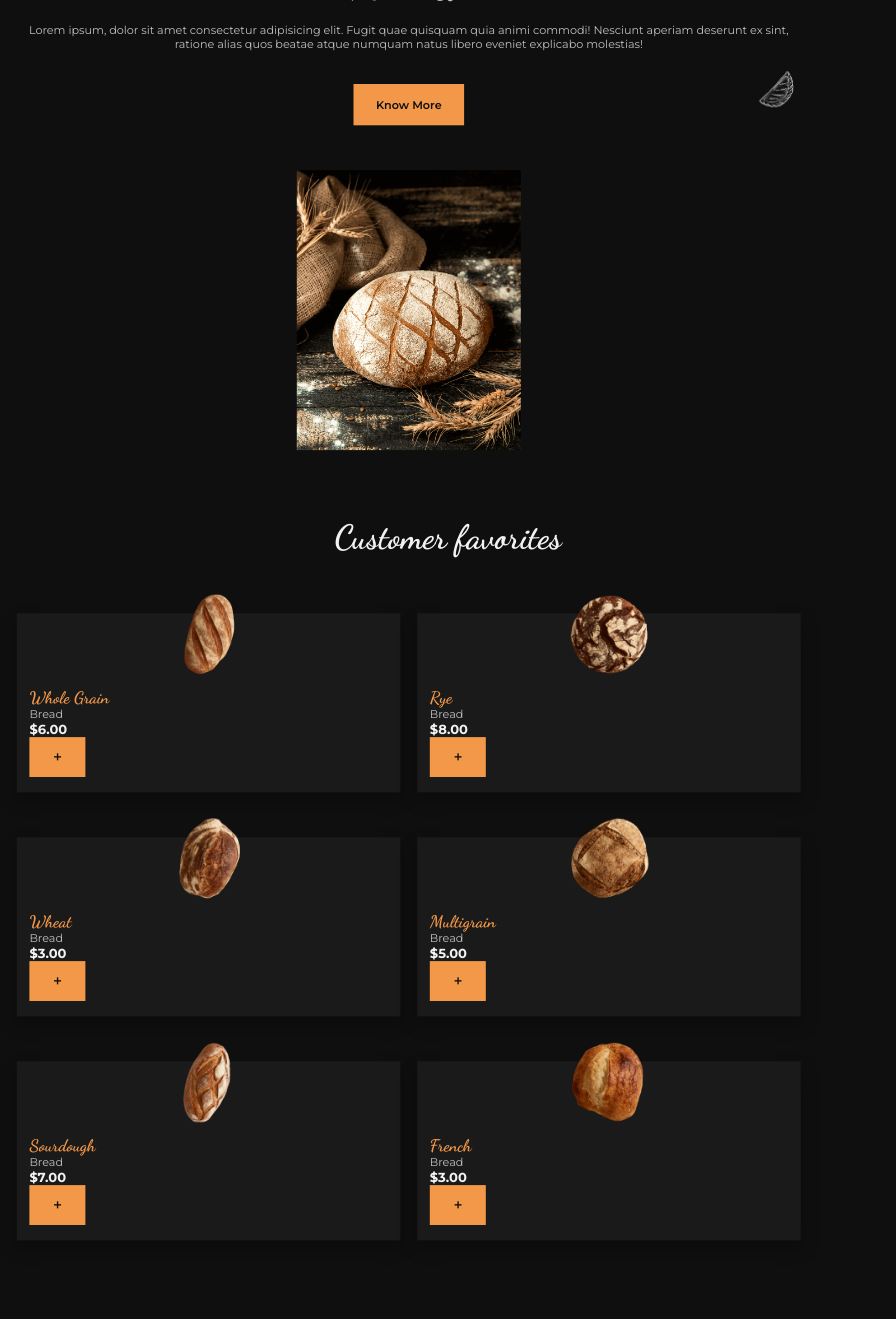
Repository: dinhhaidh/Bakery-web
Page: index.html
These files come from the project's save history. The page is drawn as it stood at one moment and after the next save; the edit follows.
The browser window is 1280 px wide. The pictures show the part of the page from y = 1960 to 3880 px (the page is 3844 px tall before and 3880 px after), at 70% of full size.
Some web libraries are served in a nearby version.

Above is the page before, as saved 2024-01-16 15:19:28.

### index.html
<!DOCTYPE html>
<html lang="en">
  <head>
    <meta charset="UTF-8" />
    <meta name="viewport" content="width=device-width, initial-scale=1.0" />

    <!--=============== FAVICON ===============-->
    <link rel="shortcut icon" href="assets/img/favicon.png" type="image/x-icon"/>
    <!--=============== REMIXICONS ===============-->
    <link rel="stylesheet"  href="https://cdnjs.cloudflare.com/ajax/libs/remixicon/3.7.0/remixicon.css"/>
    <!--=============== CSS ===============-->
    <link rel="stylesheet" href="./css/style.css"/>

    <title>Responsive bakery website - Bedimcode</title>
  </head>
  <body>
    <!--==================== HEADER ====================-->
    <header class="header" id="header">
        <nav class="nav container">
            <a href="#" class="nav__logo">Bakery</a>
            <div class="nav__menu" id="nav-menu">
                <ul class="nav__list">
                    <li class="nav__item">
                        <a href="#home" class="nav__link">Home</a>
                    </li>
                    <li class="nav__item">
                        <a href="#new" class="nav__link">News</a>
                    </li>
                    <li class="nav__item">
                        <a href="#about" class="nav__link">About Us</a>
                    </li>
                    <li class="nav__item">
                        <a href="#favorite" class="nav__link">Favorites</a>
                    </li>
                    <li class="nav__item">
                        <a href="#visit" class="nav__link">Location</a>
                    </li>
                </ul>
                <div class="nav__close" id="nav-close">
                    <i class="ri-close-line"></i>
                </div>

                <img src="./img/bread-4.png" alt="image" class="nav__img-1">
                <img src="./img/bread-1.png" alt="image" class="nav__img-2">
            </div>

            <!-- toggle button -->
            <div class="nav__toggle" id="nav-toggle">
                <i class="ri-menu-line"></i>
            </div>
        </nav>
    </header>

    <!--==================== MAIN ====================-->
    <main class="main">
      <!--==================== HOME ====================-->
      <section class="home section" id="home">
        <img src="./img/home-bg.jpg" alt="image" class="home__bg">
        <div class="home__shadow"></div>
        <div class="home__container container grid">
            <div class="home__data">
                <h1 class="home__title">
                    Select The Best.<br> Quality Breads
                </h1>
                <a href="#" class="button">Select breads</a>

                <img src="./img/bread-1.png" alt="image" class="home__bread">
            </div>
            <div class="home__image">
                <img src="./img/home-bread.png" alt="image" class="home__img">
            </div>
            <footer class="home__footer">
                <div class="home__location">
                    <i class="ri-map-pin-line"></i>
                    <span>Av. The Sun #321 <br> Lima Peru</span>
                </div>
                <div class="home__social">
                    <a href="https://www.facebook.com/" target="_blank">

                        <i class="ri-facebook-circle-line"></i>
                    </a>
                    <a href="https://www.instagram.com/
                    " target="_blank">
                        <i class="ri-instagram-line"></i>
                    </a>
                    <a href="https://www.youtube.com/" target="_blank">
                        <i class="ri-youtube-line"></i>
                    </a>
                </div>
            </footer>
        </div>
      </section>

      <!--==================== NEWS ====================-->
      <section class="new section" id="new">
        <h2 class="section__title">New breads</h2>

        <div class="new__container container grid">
            <div class="new__content grid">
                <article class="new__card">
                    <div class="new__data">
                        <h2 class="new__title">Rye Bread</h2>
                        <p class="new__description">
                            Baked width healthy, gluten-free
                            sourdough for good nutrition.
                        </p>
                    </div>
                    <img src="./img/new-bread-1.png" alt="image" class="new__img">
                </article>
                <article class="new__card">
                    <div class="new__data">
                        <h2 class="new__title">Whole grain bread</h2>
                        <p class="new__description">
                            Crispy and homemade prepared
                            form organic yeast-free flour
                        </p>
                    </div>
                    <img src="./img/new-bread-2.png"  alt="image" class="new__img">
                </article>
                <article class="new__card">
                    <div class="new__data">
                        <h2 class="new__title">Multigrain Bread</h2>
                        <p class="new__description">
                            Tasty and made with different
                            natural grains form the countryside
                        </p>
                    </div>
                    <img src="./img/new-bread-3.png"  alt="image" class="new__img">
                </article>
            </div>
            <a href="#" class="new__button button">See More Breads</a>
        </div>
      </section>

      <!--==================== ABOUT ====================-->
      <section class="about section" id="about">
        <div class="about__container container grid">
            <div class="about__data">
                <div class="section__title">About Us</div>

                <p class="about__description">
                    Lorem ipsum, dolor sit amet consectetur adipisicing elit. Fugit quae quisquam quia animi commodi! Nesciunt aperiam deserunt ex sint, ratione alias quos beatae atque numquam natus libero eveniet explicabo molestias!
                </p>
                <a href="#" class="button">Know More</a>
                <img src="./img/bread-2.png" alt="image" class="about__bread">
            </div>
            <img src="./img/about-bread.png" alt="" class="about__img">
        </div>
      </section>

      <!--==================== FAVORITES ====================-->
      <section class="favorite section" id="favorite">
        <h2 class="section__title">Customer favorites</h2>
        <div class="favorite__container container grid">
            <article class="article__card">
                <img src="./img/favorite-bread-1.png" alt="image" class="favorite__img">
                <div class="favorite__data">
                    <h2 class="favorite__title">Whole Grain</h2>
                    <span class="favorite__subtitle">Bread</span>
                    <h3 class="favorite__price">$6.00</h3>
                </div>
                <button class="favorite__button button">
                    <i class="ri-add-line"></i>
                </button>
            </article>
            <article class="article__card">
                <img src="./img/favorite-bread-2.png" alt="image" class="favorite__img">
                <div class="favorite__data">
                    <h2 class="favorite__title">Rye</h2>
                    <span class="favorite__subtitle">Bread</span>
                    <h3 class="favorite__price">$8.00</h3>
                </div>
                <button class="favorite__button button">
                    <i class="ri-add-line"></i>
                </button>
            </article>
            <article class="article__card">
                <img src="./img/favorite-bread-3.png" alt="image" class="favorite__img">
                <div class="favorite__data">
                    <h2 class="favorite__title">Wheat</h2>
                    <span class="favorite__subtitle">Bread</span>
                    <h3 class="favorite__price">$3.00</h3>
                </div>
                <button class="favorite__button button">
                    <i class="ri-add-line"></i>
                </button>
            </article>
            <article class="article__card">
                <img src="./img/favorite-bread-4.png" alt="image" class="favorite__img">
                <div class="favorite__data">
                    <h2 class="favorite__title">Multigrain</h2>
                    <span class="favorite__subtitle">Bread</span>
                    <h3 class="favorite__price">$5.00</h3>
                </div>
                <button class="favorite__button button">
                    <i class="ri-add-line"></i>
                </button>
            </article>
            <article class="article__card">
                <img src="./img/favorite-bread-5.png" alt="image" class="favorite__img">
                <div class="favorite__data">
                    <h2 class="favorite__title">Sourdough</h2>
                    <span class="favorite__subtitle">Bread</span>
                    <h3 class="favorite__price">$7.00</h3>
                </div>
                <button class="favorite__button button">
                    <i class="ri-add-line"></i>
                </button>
            </article>
            <article class="article__card">
                <img src="./img/favorite-bread-6.png" alt="image" class="favorite__img">
                <div class="favorite__data">
                    <h2 class="favorite__title">French</h2>
                    <span class="favorite__subtitle">Bread</span>
                    <h3 class="favorite__price">$3.00</h3>
                </div>
                <button class="favorite__button button">
                    <i class="ri-add-line"></i>
                </button>
            </article>
        </div>
      </section>

      <!--==================== VISIT ====================-->
      <section class="visit section" id="visit"></section>
    </main>

    <!--==================== FOOTER ====================-->
    <footer class="footer"></footer>

    <!--========== SCROLL UP ==========-->

    <!--=============== SCROLLREVEAL ===============-->
    <script src="./js/scrollreveal.min.js"></script>
    <script src="https://code.jquery.com/jquery-3.7.1.min.js"></script>

    <!--=============== MAIN JS ===============-->
    <script src="./js/main.js"></script>
  </body>
</html>

### css/style.css
/*=============== GOOGLE FONTS ===============*/
@import url("https://fonts.googleapis.com/css2?family=Dancing+Script:wght@700&family=Montserrat:wght@400;600;700&display=swap");

/*=============== VARIABLES CSS ===============*/
:root {
    --header-height: 3.5rem;

    /*========== Colors ==========*/
    /*Color mode HSL(hue, saturation, lightness)*/
    --first-color: hsl(28, 88%, 62%);
    --first-color-alt: hsl(28, 84%, 58%);
    --title-color: hsl(0, 0%, 95%);
    --text-color: hsl(0, 0%, 75%);
    --text-color-light: hsl(0, 0%, 65%);
    --black-color: hsl(0, 0%, 6%);
    --body-color: hsl(0, 0%, 6%);
    --container-color: hsl(0, 0%, 10%);

    /*========== Font and typography ==========*/
    /*.5rem = 8px | 1rem = 16px ...*/
    --body-font: "Montserrat", sans-serif;
    --second-font: "Dancing Script", cursive;
    --biggest-font-size: 3rem;
    --bigger-font-size: 2rem;
    --h1-font-size: 1.5rem;
    --h2-font-size: 1.25rem;
    --h3-font-size: 1rem;
    --normal-font-size: .938rem;
    --small-font-size: .813rem;

    /*========== Font weight ==========*/
    --font-regular: 400;
    --font-semi-bold: 600;
    --font-bold: 700;

    /*========== z index ==========*/
    --z-tooltip: 10;
    --z-fixed: 100;
}

/*========== Responsive typography ==========*/
@media screen and (min-width: 1150px) {
    :root {
        --biggest-font-size: 5rem;
        --bigger-font-size: 3rem;
        --h1-font-size: 2.25rem;
        --h2-font-size: 1.5rem;
        --h3-font-size: 1.25rem;
        --normal-font-size: 1rem;
        --small-font-size: .875rem;
    }
}

/*=============== BASE ===============*/
* {
    box-sizing: border-box;
    padding: 0;
    margin: 0;
}

html {
    scroll-behavior: smooth;
}

body,
button {
    font-family: var(--body-font);
    font-size: var(--normal-font-size);
}

body {
    background-color: var(--body-color);
    color: var(--text-color);
}

button {
    border: none;
    outline: none;
}

h1,
h2,
h3,
h4 {
    color: var(--title-color);
    font-weight: var(--font-bold);
}

ul {
    list-style: none;
}

a {
    text-decoration: none;
}

img {
    display: block;
    max-width: 100%;
    height: auto;
}

/*=============== REUSABLE CSS CLASSES ===============*/
.container {
    max-width: 1120px;
    margin-inline: 1.5rem;
}

.grid {
    display: grid;
    gap: 1.5rem;
}

.section {
    padding-block: 5rem 1rem;
}

.section__title {
    font-size: var(--bigger-font-size);
    font-family: var(--second-font);
    margin-bottom: 1.5rem;
    text-align: center;
}

.main {
    overflow: hidden;
    /* For animation ScrollReveal */
}

/*=============== HEADER & NAV ===============*/
.header{
    position: fixed;
    width: 100%;
    top: 0;
    left: 0;
    background-color: transparent;
    z-index: var(--z-fixed);
}
.nav{
    position: relative;
    height: var(--header-height);
    display: flex;
    justify-content: space-between;
    align-items: center;
}
.nav__logo{
    color: var(--first-color);
    font-size: var(--h2-font-size);
    font-family: var(--second-font);
    transition: color .4s;
}
.nav__logo:hover{
    color: var(--first-color-alt);
}
.nav__close,
.nav__toggle{
    font-size: 1.5rem;
    color: var(--title-color);
    cursor: pointer;
}

/* Navigation for mobile devices */
/* responsive */
@media screen and (max-width: 1150px) {
    .nav__menu{
        position: fixed;
        top: 0;
        right: -100%;
        background-color: hsla(0,0%,6%, .2);
        backdrop-filter: blur(16px);
        -webkit-backdrop-filter: blur(16px);
        width: 80%;
        height: 100%;
        padding: 6rem 3rem 0;
        transition: right .4s;
    }
    .nav__list{
        display: flex;
        flex-direction: column;
        row-gap: 2.5rem;
    }
    .nav__link{
        color: var(--title-color);
        font-weight: var(--font-semi-bold);
        transition: color .4s;
    }
    .nav__link:hover{
        color: var(--first-color);
    }
    .nav__close,
    .nav__img-1,
    .nav__img-2{
        position: absolute;
    }
    .nav__close{
        top: 1rem;
        right: 1.5rem;
    }
    .nav__img-1{
        width: 80px;
        top: 11rem;
        right: 0.75rem;
    }
    .nav__img-2{
        width: 60px;
        top: 28rem;
        left: 6rem;
    }
}

/* Show menu */
.show-menu{
    right: 0;
}

/* Add blur header */
/* Thêm tiêu đề mờ, khi kéo xuống hiển thị thanh nngang fixed */
.blur-header::after{
    content: '';
    position: absolute;
    width: 100%;
    height: 100%;
    background-color: hsla(0, 0%, 6%, .2);
    backdrop-filter: blur(16px);
    -webkit-backdrop-filter: blur(16px);
    top: 0;
    left: 0;
    z-index: -1;
}

/* Active link */


/*=============== HOME ===============*/
.home{
    position: relative;
    padding-top: 6.5rem;
}
.home__container{
    row-gap: 2rem;
}
.home__bg,
.home__shadow{
    position: absolute;
    top: 0;
    left: 0;
    width: 100%;
    height: 100%;
    z-index: -1;
}
.home__bg{
    object-fit: cover;
    object-position: center;
}
.home__shadow{
    background: linear-gradient(180deg, hsla(0, 0%, 0%, 0) 0%, hsl(0, 0%, 6%) 100%);

}
.home__data{
    position: relative;
    text-align: center;
}
.home__title{
    font-size: var(--biggest-font-size);
    font-family: var(--second-font);
    margin-bottom: 1.5rem;
}
.home__bread{
    width: 50px;
    position: absolute;
    top: 15rem;
    left: 4rem;
}
.home__image{
    max-width: 400px;
    justify-self: center;
}
.home__img{
    rotate: 15deg;
}
.home__footer,
.home__location,
.home__social{
    display: flex;
}
.home__footer{
    justify-content: space-between;
    align-items: center;
}
.home__location{
    align-items: center;
    column-gap: .5rem;
}
.home__location i{
    font-size: 1.5rem;
    color: var(--first-color);
}
.home__location span{
    color: var(--title-color);
    font-size: var(--small-font-size);
}
.home__social{
    column-gap: 1rem;
}
.home__social a{
    color: var(--title-color);
    font-size: 1.5rem;
    transition: color 4s;
}
.home__social a:hover{
    color: var(--first-color);
}

/*=============== BUTTON ===============*/
.button{
    display: inline-flex;
    background-color: var(--first-color);
    color: var(--black-color);
    font-weight: var(--font-semi-bold);
    padding: 1.25rem 2rem;
    transition: background-color .4s;
}
.button:hover{
    background-color: var(--first-color-alt);
}

/*=============== NEW ===============*/
.new{

}
.new__container{
    padding-top: 1.5rem;
    row-gap: 3.5rem;
}
.new__content{
    row-gap: 2rem
}
.new__card{
    display: flex;
    column-gap: 1rem;
    align-items: center;
}
.new__card:nth-child(2) img{
    order: -1;
}
.new__img{
    width: 150px;
}
.new__data{

}
.new__title{
    font-size: var(--h2-font-size);
    font-family: var(--second-font);
    color: var(--first-color);
    margin-bottom: .5rem;
}
.new__description{
    font-size: var(--small-font-size);
}
.new__button{
    justify-self: center;
}

/*=============== ABOUT ===============*/
.about__container{
    row-gap: 4rem;
}
.about__data{
    position: relative;
    text-align: center;
}
.about__description{
    margin-bottom: 3rem;
}
.about__bread{
    width: 60px;
    position: absolute;
    bottom: 1rem;
    right: 0;
}
.about__img{
    width: 320px;
    justify-self: center;
}

/*=============== FAVORITES ===============*/
.favorite__container{
    padding-top: 3.5rem;
    grid-template-columns: repeat(2, 1fr);
    gap: 4rem 1.5rem;
}
.article__card{
position: relative;
background-color: var(--container-color);
box-shadow: 0 12px 24px hsla(0, 0%, 0%, .3 );
padding: 6.5rem 1rem 1.25rem;
border: 2px solid transparent;
transition: border-color .4s;
}
.favorite__img{
    width: 120px;
    position: absolute;
    top: -2rem;
    left: 0;
    right: 0;
    margin: 0 auto;
}
.favorite__data{

}
.favorite__title{
    font-size: var(--h2-font-size);
    font-family: var(--second-font);
    color: var(--first-color);
}
.favorite__subtitle{
    display: block;
    mb
}
.favorite__price{

}
.favorite__button{

}
.button{

}
.ri-add-line{

}

/*=============== VISIT ===============*/


/*=============== FOOTER ===============*/


/*=============== SCROLL BAR ===============*/


/*=============== SCROLL UP ===============*/


/* Show Scroll Up */


/*=============== BREAKPOINTS ===============*/
/* For small devices */


/* For medium devices */


/* For large devices */

Loaded but not shown: js/scrollreveal.min.js (library); js/main.js (no copy from this time; the picture is the same without it)

After the next save:
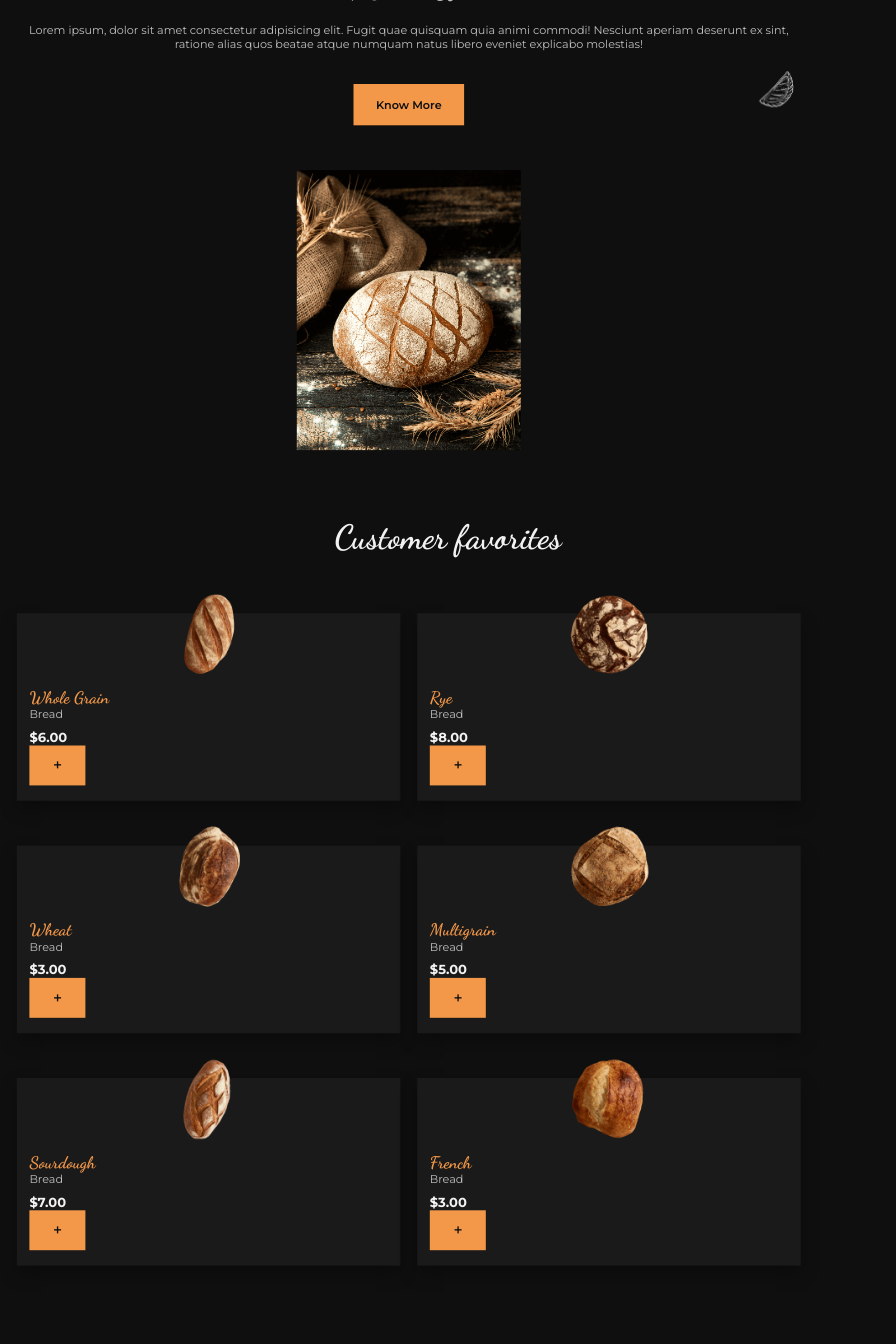
Saved 4 s later.
--- a/css/style.css
+++ b/css/style.css
@@ -416,7 +416,7 @@ transition: border-color .4s;
 }
 .favorite__subtitle{
     display: block;
-    mb
+    margin-bottom: 0.75rem;
 }
 .favorite__price{
 
